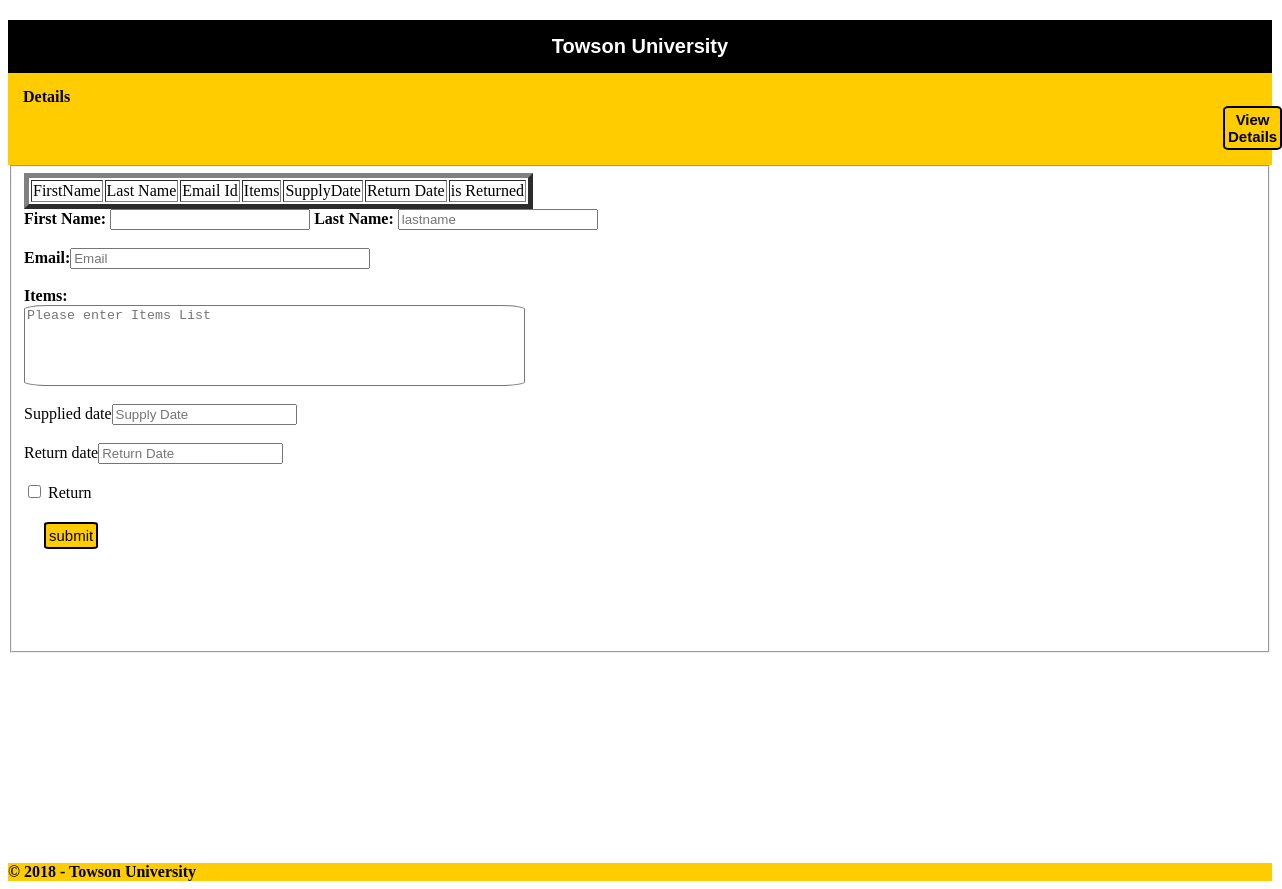
Repository: DatabaseCOSC578/eclipse-workspace11
Page: http://localhost/Supervisor/Supervisorshow.jsp
An editor plug-in stored every save of this project. The page is shown before and after the next save, followed by the edit.
The browser window is 1280 px wide. The page is 1282 px wide, so the pictures cover 1282 px, including what lies to the right of the window. The pictures show the whole page.
The page is served by Tomcat 9.

Above is the page before, as saved 2018-04-16 03:05:03.

After the next save:
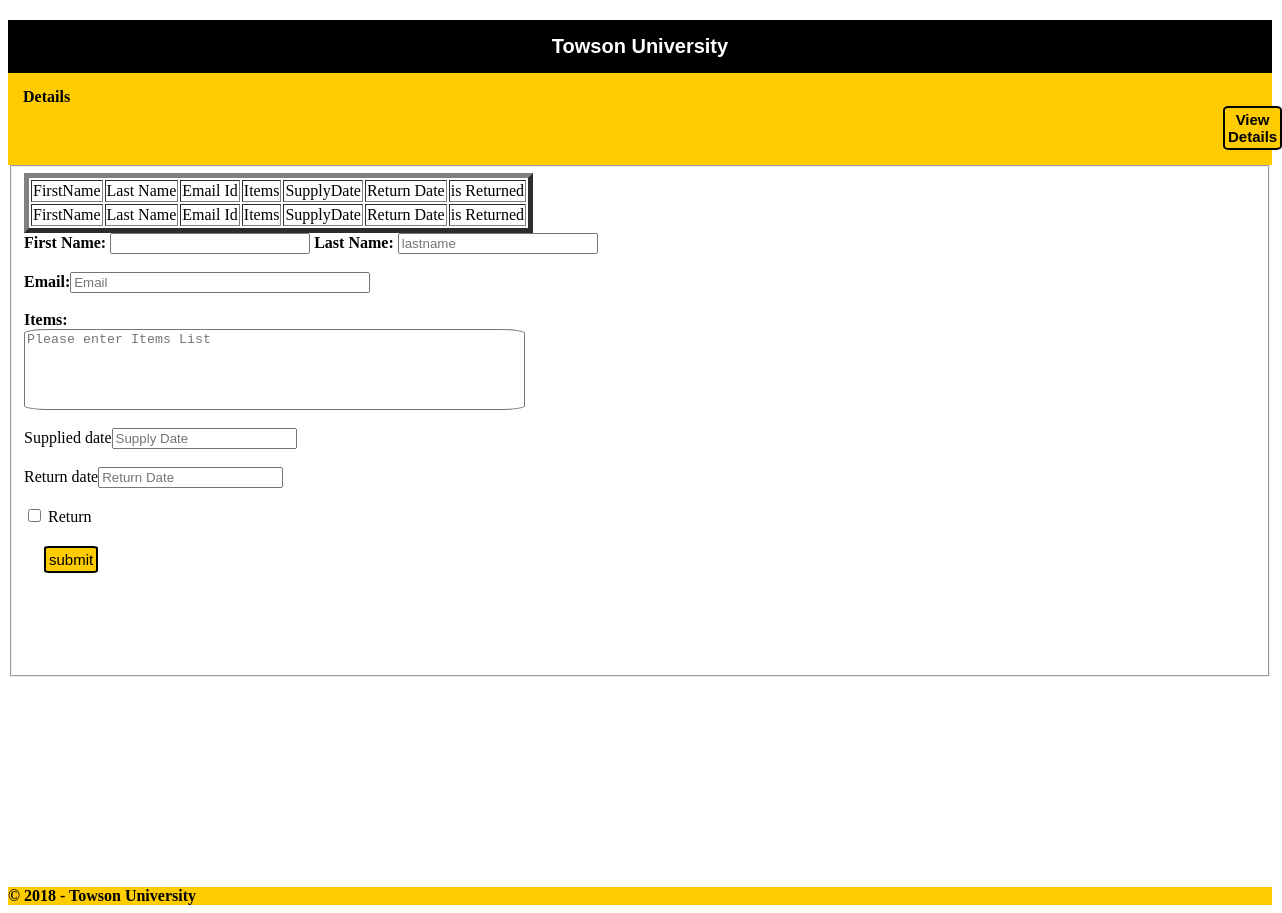
Saved 24 s later.
--- a/Supervisor/WebContent/Supervisorshow.jsp
+++ b/Supervisor/WebContent/Supervisorshow.jsp
@@ -15,6 +15,16 @@
 <fieldset>
 
 <TABLE  BORDER="5" colspan="2">
+   <TR>
+      <TD>FirstName</TD>
+      <TD>Last Name</TD>
+      <TD>Email Id</TD>
+      <TD>Items</TD>
+      <TD>SupplyDate</TD>
+      <TD>Return Date</TD>
+      <TD>is Returned </TD>
+   </TR>
+
    <TR>
       <TD>FirstName</TD>
       <TD>Last Name</TD>
